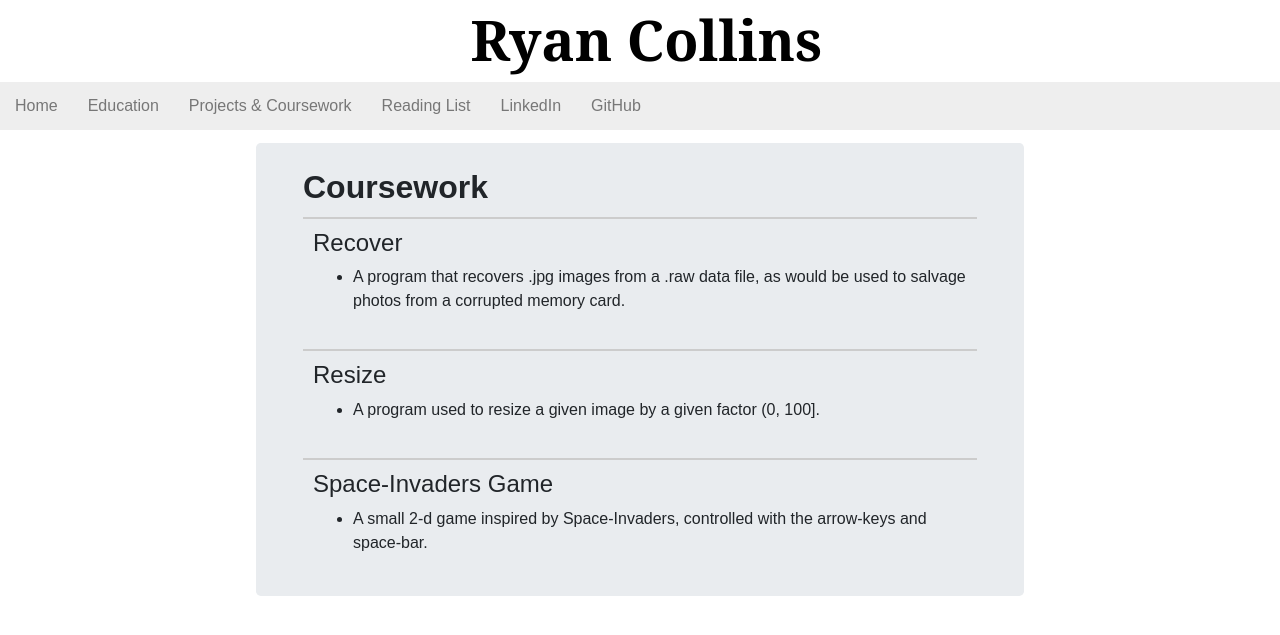
Repository: RyanMCollins/cs50
Page: pset5/homepage/projects.html
The author's editor kept a record of every edit. The page is drawn from the files as they stood at one moment, then again after the next edit.
The browser window is 1280 px wide. The pictures show the whole page.

Above is the page before.

After the next edit:
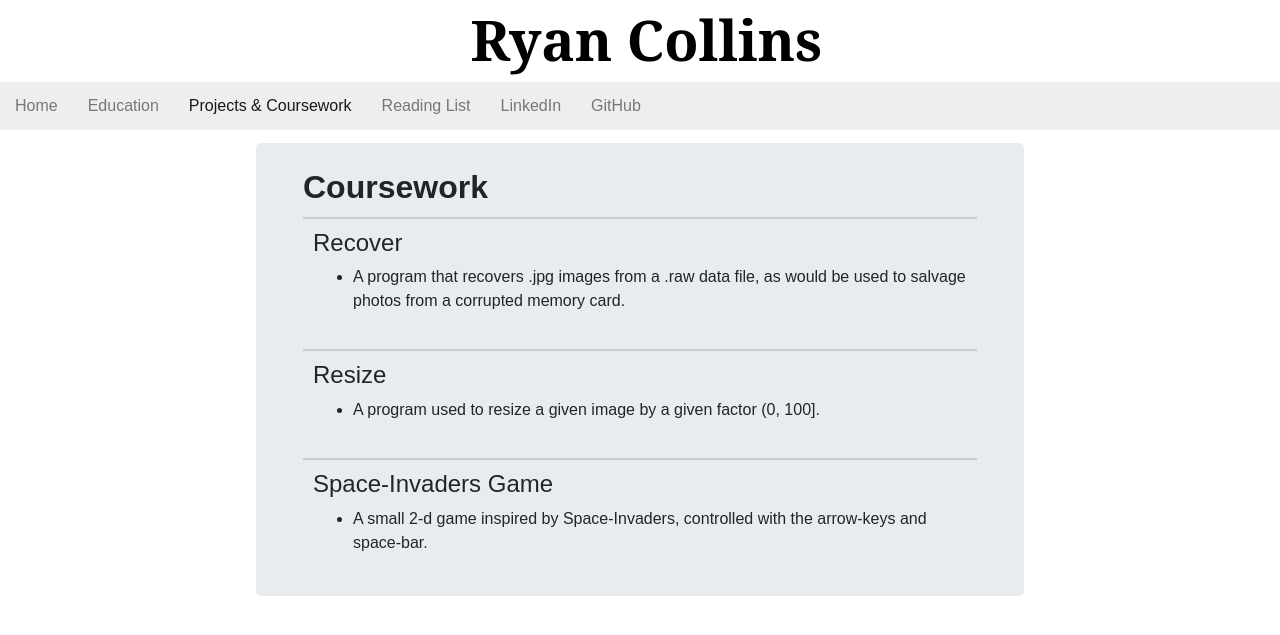
The edit:
--- a/pset5/homepage/projects.html
+++ b/pset5/homepage/projects.html
@@ -32,7 +32,7 @@
                       <li class="nav-item">
                         <a class="nav-link" href="/education">Education<span class="sr-only">(current)</span></a>
                       </li>
-                      <li class="nav-item">
+                      <li class="nav-item active">
                         <a class="nav-link" href="/projects">Projects & Coursework<span class="sr-only">(current)</span></a>
                       </li>
                       <li class="nav-item">
